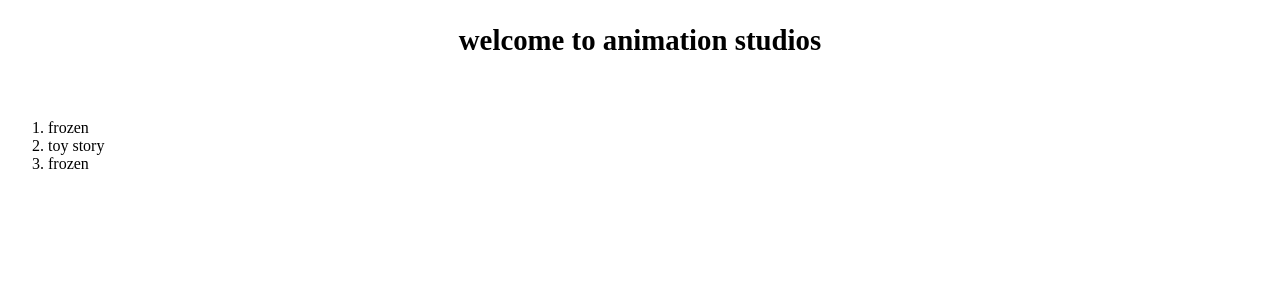
Repository: Rock-ass/New-folder--2-
Page: index.html
An editor plug-in stored every save of this project. The page is shown before and after the next save, followed by the edit.
The browser window is 1280 px wide. The pictures show the whole page.

Above is the page before, as saved 2021-12-24 21:13:56.

After the next save:
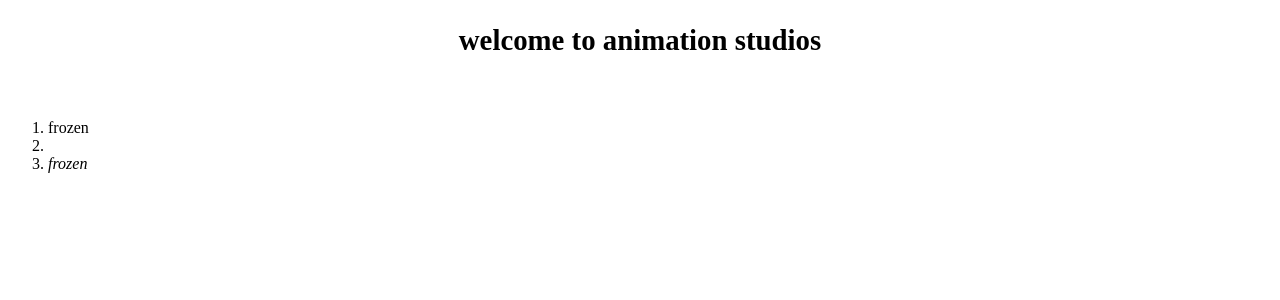
Saved 4 s later.
--- a/index.html
+++ b/index.html
@@ -17,7 +17,7 @@
     frozen
 </li>
 <li>
-    toy story
+   <i toy story
 </li>
 <li>
     frozen

After the save that followed:
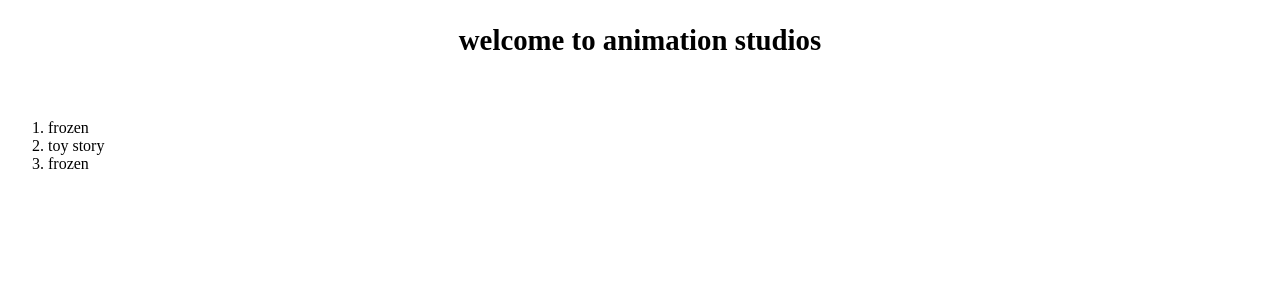
Saved 4 s later.
--- a/index.html
+++ b/index.html
@@ -17,7 +17,7 @@
     frozen
 </li>
 <li>
-   <i toy story
+   <i></i> toy story
 </li>
 <li>
     frozen
